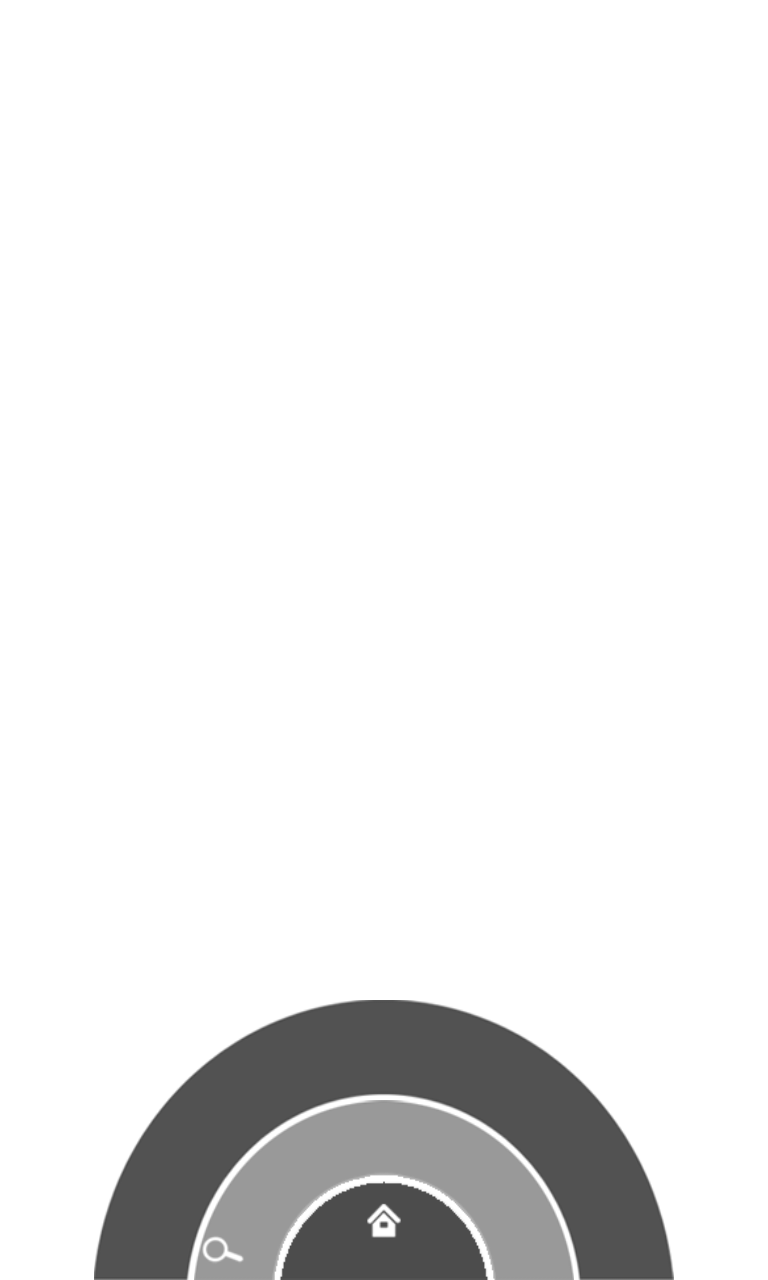
Repository: ASmouse/View
Layout: 02_UkuDemo14/res/layout/activity_main.xml
The author's editor kept a copy of each file at every save. The layout is drawn from the files as they stood at one save, then again after the next save.
It is drawn on a 768 x 1280 px phone screen (xhdpi) without system bars, with theme AppTheme; the app's code is not run.

Above is the layout before, as saved 2015-10-24 02:59:47.

After the next save:
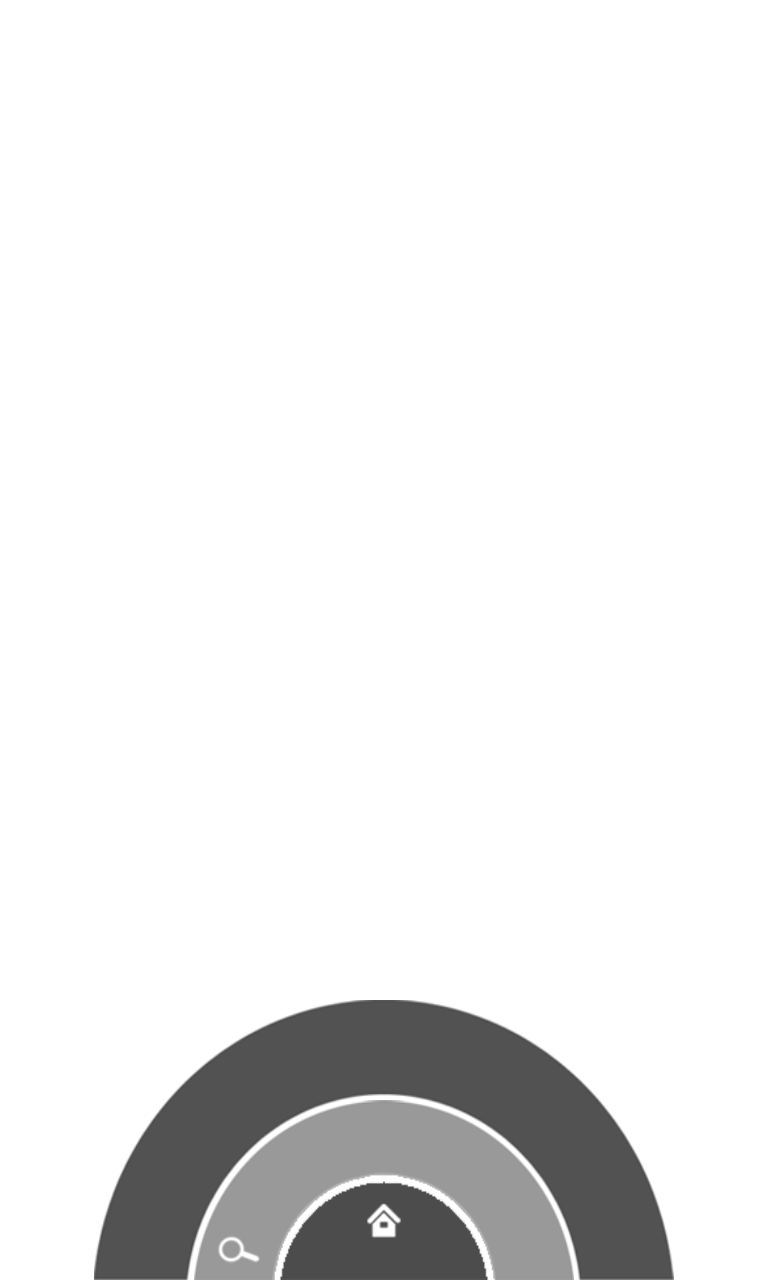
Saved 16 s later.
--- a/02_UkuDemo14/res/layout/activity_main.xml
+++ b/02_UkuDemo14/res/layout/activity_main.xml
@@ -34,6 +34,7 @@
         <!-- 搜索 -->
 
         <ImageView
+            android:layout_marginLeft="8dip"
             android:layout_alignParentBottom="true"
             android:layout_width="wrap_content"
             android:layout_height="wrap_content"
